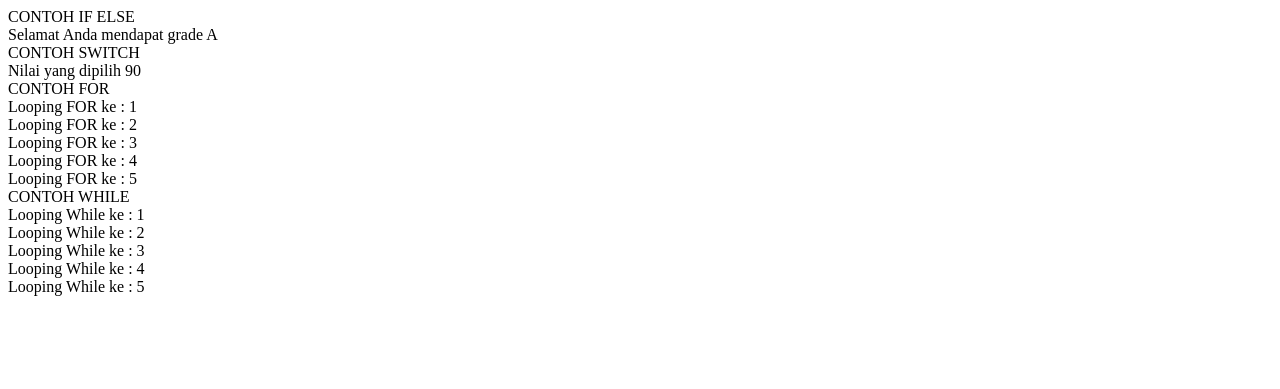
Repository: Bearli-py/latihan_PHP
Page: http://localhost/kontrol_ulang.php
An editor plug-in stored every save of this project. The page is shown before and after the next save, followed by the edit.
The browser window is 1280 px wide. The pictures show the whole page.
The page is run by PHP 8.4 with error messages shown; the project is at /var/www/html/.

Above is the page before, as saved 2025-09-30 14:04:10.

### kontrol_ulang.php
<?php
$nilai=90;
echo "CONTOH IF ELSE <br>";
    if($nilai>80) { echo "Selamat Anda mendapat grade A <br>";}
    else { echo "Maaf Anda belum dapat grade A <br>";};
echo "CONTOH SWITCH <br>";
switch($nilai) {
    case 100 :echo "Nilai yang dipilih 100 <br>";
    break;
    case 90 :echo "Nilai yang dipilih 90 <br>";
    break;
} echo "CONTOH FOR <br>";
    for($i=1;$i<=5;$i++) {
echo "Looping FOR ke : ".$i."<br>";
}
echo "CONTOH WHILE <br>";
$j=1;
    while($j<=5) {
echo "Looping While ke : ".$j."<br>";
$j++;
}
?>

After the next save:
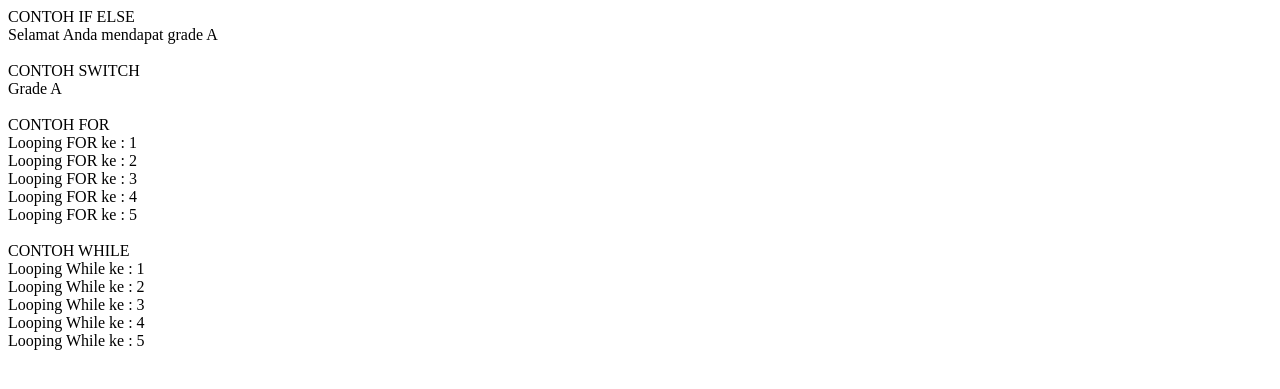
Saved 15 min 30 s later.
--- a/kontrol_ulang.php
+++ b/kontrol_ulang.php
@@ -1,22 +1,52 @@
 <?php
-$nilai=90;
+$nilai = 90;
+
 echo "CONTOH IF ELSE <br>";
-    if($nilai>80) { echo "Selamat Anda mendapat grade A <br>";}
-    else { echo "Maaf Anda belum dapat grade A <br>";};
-echo "CONTOH SWITCH <br>";
-switch($nilai) {
-    case 100 :echo "Nilai yang dipilih 100 <br>";
-    break;
-    case 90 :echo "Nilai yang dipilih 90 <br>";
-    break;
-} echo "CONTOH FOR <br>";
-    for($i=1;$i<=5;$i++) {
-echo "Looping FOR ke : ".$i."<br>";
+if($nilai >= 0 && $nilai <= 40) {
+    echo "Selamat Anda mendapat grade E <br>";
+} elseif($nilai >= 41 && $nilai <= 50) {
+    echo "Selamat Anda mendapat grade D <br>";
+} elseif($nilai >= 51 && $nilai <= 60) {
+    echo "Selamat Anda mendapat grade C <br>";
+} elseif($nilai >= 61 && $nilai <= 79) {
+    echo "Selamat Anda mendapat grade B <br>";
+} elseif($nilai >= 80 && $nilai <= 100) {
+    echo "Selamat Anda mendapat grade A <br>";
+} else {
+    echo "Nilai tidak valid <br>";
 }
-echo "CONTOH WHILE <br>";
-$j=1;
-    while($j<=5) {
-echo "Looping While ke : ".$j."<br>";
-$j++;
+
+echo "<br>CONTOH SWITCH <br>";
+switch(true) {
+    case ($nilai >= 0 && $nilai <= 40):
+        echo "Grade E";
+        break;
+    case ($nilai >= 41 && $nilai <= 50):
+        echo "Grade D";
+        break;
+    case ($nilai >= 51 && $nilai <= 60):
+        echo "Grade C";
+        break;
+    case ($nilai >= 61 && $nilai <= 79):
+        echo "Grade B";
+        break;
+    case ($nilai >= 80 && $nilai <= 100):
+        echo "Grade A";
+        break;
+    default:
+        echo "Nilai tidak valid";
+        break;
+}
+
+echo "<br><br>CONTOH FOR <br>";
+for($i=1; $i<=5; $i++) {
+    echo "Looping FOR ke : ".$i."<br>";
+}
+
+echo "<br>CONTOH WHILE <br>";
+$j = 1;
+while($j<=5) {
+    echo "Looping While ke : ".$j."<br>";
+    $j++;
 }
 ?>
